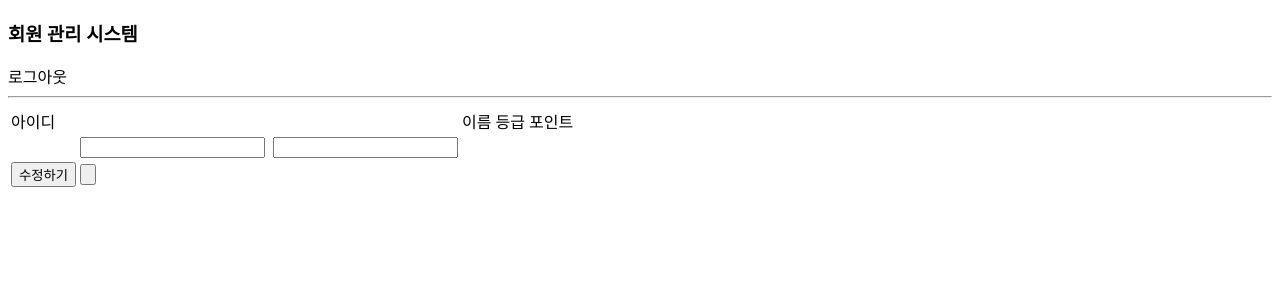
Repository: yangchunsick/JSPstudy
Page: http://localhost/ServerProgram/views/Detail.jsp
An editor plug-in stored every save of this project. The page is shown before and after the next save, followed by the edit.
The browser window is 1280 px wide. The pictures show the whole page.
The page is served by Tomcat 9. Other server files are loaded and not shown.

Above is the page before, as saved 2021-11-16 08:16:54.

### worksapce/ServerProgram/WebContent/views/Detail.jsp
<%@ page language="java" contentType="text/html; charset=UTF-8"
    pageEncoding="UTF-8"%>
<!DOCTYPE html>
<html>
<head>
<meta charset="UTF-8">
<title>Insert title here</title>
</head>
<body>

<h3>회원 관리 시스템</h3>
<a herf="#">로그아웃</a>
<hr>
<table>
	<thead border="1">
		<tr>
			<td colspan="4">아이디</td>
			<td>이름</td>
			<td>등급</td>
			<td>포인트</td>
		</tr>
	</thead>
	<tbody>
		<tr>
			<td>${members.ID}</td>
			<td><input type="text" name="name" value="${members.NAME}"></td>
			<td>${members.GRADE}</td>
			<td><input type="text" name="point" value="${members.point}"></td>
		</tr>
	</tbody>
	<tfoot>
		<tr>
			<td><input type="button" value="수정하기"></td>
			<td><input type="button"></td>
		</tr>
	</tfoot>
</table>

</body>
</html>

After the next save:
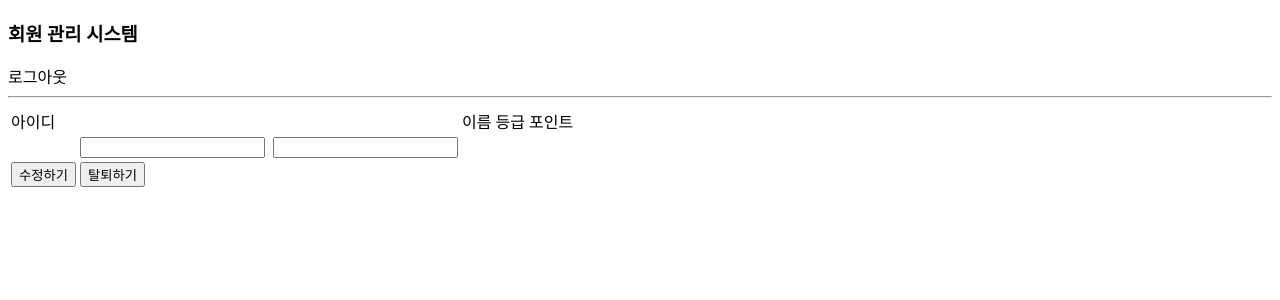
Saved 8 s later.
--- a/worksapce/ServerProgram/WebContent/views/Detail.jsp
+++ b/worksapce/ServerProgram/WebContent/views/Detail.jsp
@@ -31,7 +31,7 @@
 	<tfoot>
 		<tr>
 			<td><input type="button" value="수정하기"></td>
-			<td><input type="button"></td>
+			<td><input type="button" value="탈퇴하기"></td>
 		</tr>
 	</tfoot>
 </table>
